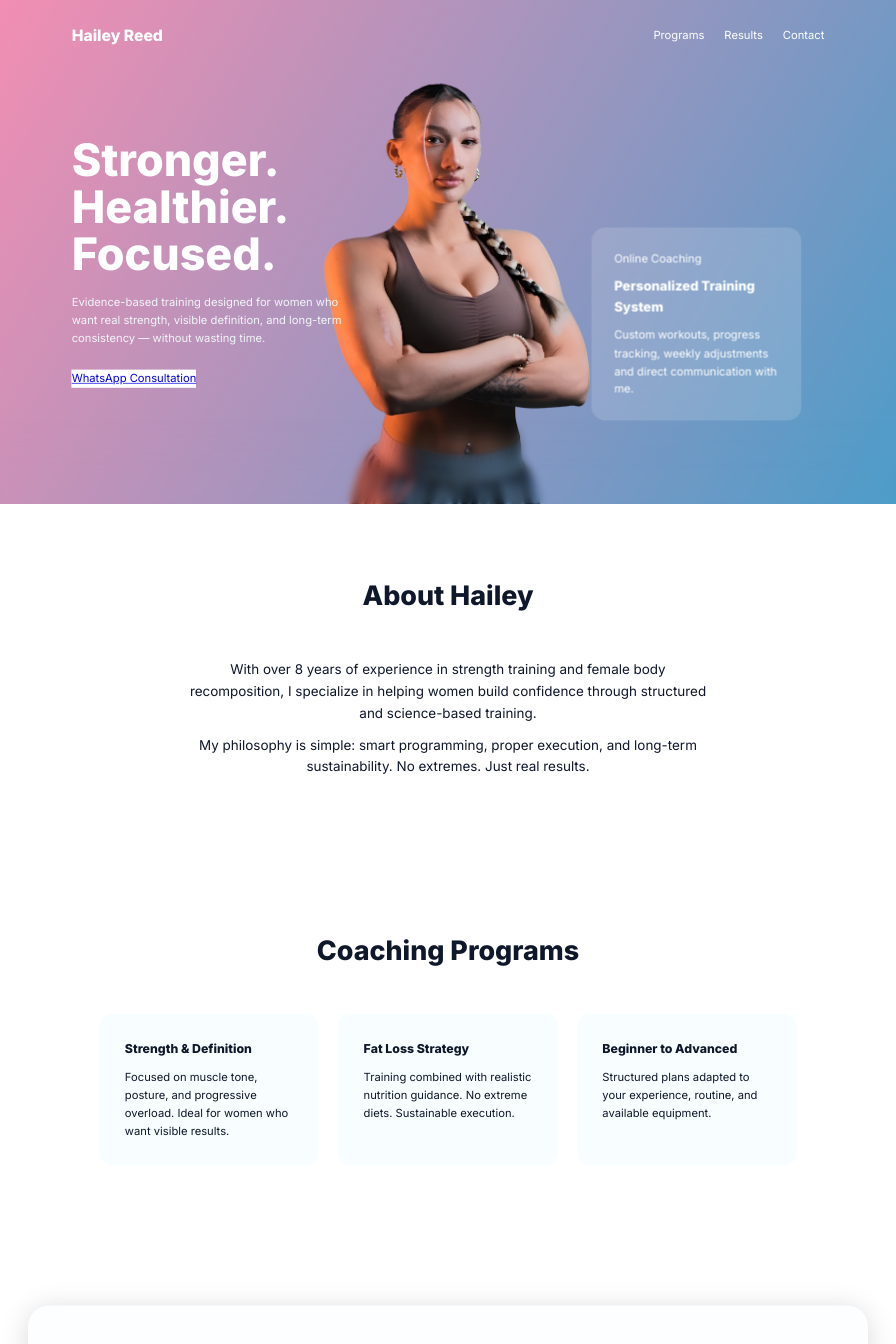
Repository: davidfsillva/Hailey-Reed-Coaching
Page: index.html
These files come from the project's save history. The page is drawn as it stood at one moment and after the next save; the edit follows.
The browser window is 1280 px wide. The pictures show the part of the page from y = 0 to 1920 px (the page is 5221 px tall), at 70% of full size.

Above is the page before, as saved 2026-02-12 09:37:15.

### index.html
<!DOCTYPE html>
<html lang="en">
<head>
  <meta charset="UTF-8" />
  <meta name="viewport" content="width=device-width, initial-scale=1.0" />
  <title>Personal Trainer | Online Coaching</title>
  <link rel="stylesheet" href="style.css" />
  <link rel="preconnect" href="https://fonts.googleapis.com">
  <link rel="preconnect" href="https://fonts.gstatic.com" crossorigin>
  <link href="https://fonts.googleapis.com/css2?family=Inter:wght@400;600;800&display=swap" rel="stylesheet">
</head>
<body>

<header class="hero">
  <nav class="nav">
    <h1 class="logo">Hailey Reed</h1>
    <div class="nav-links">
      <a href="#programs">Programs</a>
      <a href="#results">Results</a>
      <a href="#contact">Contact</a>
    </div>
  </nav>

  <img class="hero-img" src="img/Photoroom_20260211_45117 PM.png" alt="Trainer" />

  <div class="hero-gradient"></div>

  <div class="hero-content">
    <div class="hero-text">
<h2 class="hero-title">
  Stronger. Healthier. Focused.
</h2>

      <p>
        Evidence-based training designed for women who <br>
        want real strength, visible definition, and long-term <br>
        consistency — without wasting time.
      </p>
      <div class="cta-group">
        <a href="https://wa.me/5599999999999" target="_blank" class="whatsapp-btn">
          WhatsApp Consultation
        </a>
      </div>
    </div>

    <div class="hero-card">
      <span class="tag">Online Coaching</span>
      <h3>Personalized Training System</h3>
      <p>
        Custom workouts, progress tracking, weekly adjustments
        and direct communication with me.
      </p>
    </div>
  </div>
</header>

<!-- ABOUT SECTION -->
<section class="section">
  <h3>About Hailey</h3>
  <div class="testimonial">
    <p>
      With over 8 years of experience in strength training and female body
      recomposition, I specialize in helping women build confidence through
      structured and science-based training.
    </p>
    <p>
      My philosophy is simple: smart programming, proper execution,
      and long-term sustainability. No extremes. Just real results.
    </p>
  </div>
</section>

<section id="programs" class="section">
  <h3>Coaching Programs</h3>

  <div class="cards">
    <div class="card">
      <h4>Strength & Definition</h4>
      <p>
        Focused on muscle tone, posture, and progressive overload.
        Ideal for women who want visible results.
      </p>
    </div>

    <div class="card">
      <h4>Fat Loss Strategy</h4>
      <p>
        Training combined with realistic nutrition guidance.
        No extreme diets. Sustainable execution.
      </p>
    </div>

    <div class="card">
      <h4>Beginner to Advanced</h4>
      <p>
        Structured plans adapted to your experience, routine,
        and available equipment.
      </p>
    </div>
  </div>
</section>

<!-- HOW IT WORKS -->
<section class="section dark">
  <h3>How It Works</h3>

  <div class="cards">
    <div class="card">
      <h4>1. Initial Consultation</h4>
      <p>
        We discuss your goals, routine, training history,
        and current physical condition.
      </p>
    </div>

    <div class="card">
      <h4>2. Custom Plan Creation</h4>
      <p>
        A personalized workout structure is designed
        specifically for your body and objectives.
      </p>
    </div>

    <div class="card">
      <h4>3. Weekly Adjustments</h4>
      <p>
        Progress tracking and adjustments ensure continuous
        improvement and optimal results.
      </p>
    </div>
  </div>
</section>

<section id="results" class="section dark">
  <h3>Client Feedback</h3>

  <div class="testimonial">
    <p>
      “This coaching completely changed how I train.
      Every session has a clear purpose and I finally feel strong.”
    </p>
    <span>— Samantha M.</span>
  </div>
</section>

<!-- TRANSFORMATION PROCESS -->
<section class="section">
  <h3>The Transformation Process</h3>

  <div class="testimonial">
    <p>
      Sustainable transformation is not about intensity —
      it's about consistency.
    </p>
    <p>
      Through progressive overload, intelligent recovery,
      and realistic nutrition, we create measurable and lasting results.
    </p>
  </div>
</section>

<!-- FAQ -->
<section class="section">
  <h3>Frequently Asked Questions</h3>

  <div class="cards">
    <div class="card">
      <h4>Do I need gym access?</h4>
      <p>
        Not necessarily. Programs can be adapted for home training
        with minimal equipment.
      </p>
    </div>

    <div class="card">
      <h4>Is nutrition included?</h4>
      <p>
        Yes. You receive structured guidance focused on sustainable habits,
        not restrictive diets.
      </p>
    </div>

    <div class="card">
      <h4>How long until I see results?</h4>
      <p>
        Most clients notice strength improvements within weeks
        and visible body changes within 8–12 weeks.
      </p>
    </div>
  </div>
</section>

<section id="contact" class="section">
  <h3>Start Your Training</h3>
  <p class="contact-text">
    If you’re serious about improving your body composition
    and performance, let’s talk.
  </p>

  <div class="cta-group center">
    <a href="https://wa.me/5599999999999" target="_blank" class="btn primary">
      Message on WhatsApp
    </a>
    <a href="https://instagram.com/seuinstagram" target="_blank" class="btn secondary">
      Visit Instagram
    </a>
  </div>
</section>

<!-- FINAL CTA SECTION -->
<section class="section dark">
  <div class="testimonial">
    <h3>Ready to Transform?</h3>
    <p>
      Your strongest, healthiest version starts with a decision.
      Let’s build it together.
    </p>
    <div class="cta-group center">
      <a href="https://wa.me/5599999999999" target="_blank" class="btn primary">
        Apply for Coaching
      </a>
    </div>
  </div>
</section>

<footer class="footer">
  <p>© 2026 Hailey Reed Coaching. All rights reserved.</p>
</footer>

<script src="script.js"></script>
</body>
</html>

### style.css
:root {
  --pink: #f07aa5;
  --blue: #2e8bc0;
  --dark: #0f172a;
  --light: #ffffff;
  --muted: #cbd5e1;
}

/* ================= RESET ================= */
* {
  margin: 0;
  padding: 0;
  box-sizing: border-box;
  font-family: 'Inter', sans-serif;
}

body {
  background: var(--light);
  color: var(--dark);
  line-height: 1.6;
}

/* ================= HERO ================= */
.hero {
  position: relative;
  min-height: 100vh;
  padding: 32px 8%;
  color: white;
  overflow: hidden;
}

/* IMAGEM */
.hero-img {
  position: absolute;
  top: 50%;
  left: 50%;
  transform: translate(-50%, -50%);
  width: 60%;
  max-width: 500px;
  height: auto;
  z-index: 2;
}

/* GRADIENTE */
.hero-gradient {
  position: absolute;
  inset: 0;
  background: linear-gradient(
    120deg,
    rgba(240,122,165,0.85),
    rgba(46,139,192,0.85)
  );
  z-index: 1;
}

/* CONTEÚDO */
.hero-content {
  position: relative;
  z-index: 5;
}

/* TEXTO */
.hero-text {
  display: flex;
  flex-direction: column;
  justify-content: center;
  height: 85vh;
  max-width: 550px;
}

.hero-title {
  font-size: clamp(2.8rem, 5vw, 4.5rem);
  line-height: 1.05;
  margin-bottom: 24px;
}

.hero-text p {
  max-width: 480px;
  font-size: 1rem;
  color: #f1f5f9;
}

/* BLUR INFERIOR */
.hero::after {
  content: "";
  position: absolute;
  bottom: 0;
  left: 0;
  width: 100%;
  height: 120px;
  backdrop-filter: blur(6px);
  -webkit-backdrop-filter: blur(6px);
  mask-image: linear-gradient(to top, black 40%, transparent 100%);
  pointer-events: none;
  z-index: 3;
}

/* ================= BOTÕES ================= */
.cta-group {
  display: flex;
  gap: 16px;
  margin-top: 32px;
  flex-wrap: wrap;
}

.btn {
  padding: 14px 26px;
  border-radius: 999px;
  font-weight: 600;
  text-decoration: none;
  transition: 0.3s ease;
  display: inline-block;
}

.whatsapp-btn {
  background-color: #ffffff;

}

.btn.primary {
  background: linear-gradient(120deg, var(--pink), var(--blue));
  color: var(--light);
  background-size: 200% 200%;
  transition: all 0.4s ease;
}

.btn.primary:hover {
  background: linear-gradient(120deg, var(--pink), var(--blue));
  color: white;

  background-position: right center;
  transform: translateY(-4px);
  box-shadow: 0 10px 25px rgba(240,122,165,0.3);
  transition: all 0.4s ease;

}

.btn.secondary {
  background: linear-gradient(120deg, var(--pink), var(--blue));
  color: var(--light);
  transition: all 0.3s ease;
}

.btn.secondary:hover {
  background: linear-gradient(120deg, var(--pink), var(--blue));  color: white;
  transform: translateY(-3px);
  transition: all 0.4s ease;
  box-shadow: 0 10px 25px rgba(240,122,165,0.3);


}


/* ================= HERO CARD ================= */
.hero-card {
  position: absolute;
  top: 42%;
  right: 8%;
  width: 300px;
  background: rgba(255,255,255,0.15);
  backdrop-filter: blur(18px);
  padding: 32px;
  border-radius: 20px;
  z-index: 4;
}

.hero-card {
  position: absolute;
  top: 42%;
  right: 3%;
  width: 300px;
}



.hero-card h3 {
  margin: 12px 0;
}

/* ================= NAVBAR ================= */
.nav {
  position: relative;
  z-index: 10;
  display: flex;
  justify-content: space-between;
  align-items: center;
}

.logo {
  font-weight: 800;
  font-size: 1.4rem;
}

.nav-links a {
  position: relative;
  color: white;
  margin-left: 24px;
  text-decoration: none;
  font-weight: 500;
  padding-bottom: 4px;
}

.nav-links a::after {
  content: "";
  position: absolute;
  left: 0;
  bottom: 0;
  width: 0%;
  height: 2px;
  background: white;
  transition: width 0.3s ease;
}

.nav-links a:hover::after {
  width: 100%;
}

/* ================= SECTIONS ================= */
.section {
  padding: 100px 8%;
  max-width: 1200px;
  margin: auto;
}

.section h3 {
  font-size: 2.4rem;
  margin-bottom: 60px;
  text-align: center;
}

.cards {
  display: grid;
  grid-template-columns: repeat(auto-fit, minmax(260px, 1fr));
  gap: 28px;
}

.card {
  background: rgb(248, 253, 255);
  padding: 36px;
  border-radius: 18px;
  transition: 0.3s ease;
}

.card:hover {
  transform: translateY(-6px);
}

.card h4 {
  margin-bottom: 14px;
  font-size: 1.1rem;
}

/* ================= DARK SECTIONS ================= */
.dark {
  background: rgb(252, 254, 255);
  border-radius: 30px;
  color: var(--dark);
  margin: 100px auto;
  padding: 100px 8%;
  box-shadow: 0 5px 40px rgba(0,0,0,0.15);
}


.dark .card {
  background: rgba(255,255,255,0.06);
  color: var(--dark);
  box-shadow: 0 20px 60px rgba(0,0,0,0.15);
}

.dark .card:hover {
  background: rgba(255,255,255,0.1);
}

/* ================= TESTIMONIAL ================= */
.testimonial {
  max-width: 750px;
  margin: auto;
  text-align: center;
}

.testimonial p {
  font-size: 1.2rem;
  margin-bottom: 16px;
}

.contact-text {
  text-align: center;
  max-width: 520px;
  margin: 0 auto 32px;
}

.center {
  justify-content: center;
}

/* ================= FOOTER ================= */
.footer {
  padding: 32px;
  text-align: center;
  background: linear-gradient(120deg, var(--pink), var(--blue));
  color: var(--muted);
  font-size: 0.85rem;
}

/* ================= RESPONSIVE ================= */
@media (max-width: 1024px) {

  .hero-card {
    position: relative;
    top: unset;
    right: unset;
    margin-top: 40px;
    width: 100%;
    max-width: 400px;
  }

  .hero-text {
    height: auto;
    text-align: center;
    margin-top: 80px;
  }

  .hero-text p {
    margin: auto;
  }

  .hero-img {
    width: 75%;
  }
}

@media (max-width: 768px) {

  .nav {
    flex-direction: column;
    align-items: center;
  }

  .nav-links {
    display: flex;
    gap: 30px;          /* controla o espaçamento */
    margin-top: 10px;   /* afasta do logo */
  }

  .nav-links a {
    margin-left: 0;     /* remove espaçamento antigo */
  }

    .hero-card {
    width: 95%;          /* ocupa menos largura fixa */
    max-width: 660px;    /* limita tamanho */
    margin: 375px auto 0; /* mais baixo */

    padding: 15px;       /* reduz espaço interno */
    border-radius: 16px;
  }

  .hero-card h3 {
    font-size: 1rem;
  }

  .hero-card p {
    font-size: 0.85rem;
    line-height: 1.4;
  }

  .hero-img {
    width: 90%;
    top: 60%;              /* desce um pouco a imagem */
  }

  .hero-title {
    font-size: 1.9rem;
    margin-bottom: 20px;
  }

  .hero-text {
    height: auto;          /* remove os 85vh */
    justify-content: flex-start;
    margin-top: 40px;      /* controla distância do nav */
    text-align: center;
  }

  .hero-text p {
    display: none;
  }

  .section {
    padding: 80px 6%;
  }

  .cta-group {
  position: relative;
  transform: translateY(350px);
  z-index: 6;
  display: flex;
  justify-content: center;
  }

  .btn.primary {
    transform: translateY(120px);
  }

}



@media (max-width: 480px) {

  .hero {
    padding: 24px 6%;
  }

  .btn {
    width: 100%;
    text-align: center;
  }

  .cta-group {
    flex-direction: column;
  }
}

### script.js
// ===============================
// SMOOTH SCROLL
// ===============================
document.querySelectorAll('a[href^="#"]').forEach(anchor => {
  anchor.addEventListener('click', function (e) {
    const target = document.querySelector(this.getAttribute('href'));
    if (!target) return;

    e.preventDefault();
    target.scrollIntoView({ behavior: 'smooth' });
  });
});


// ===============================
// NAVBAR SCROLL EFFECT
// ===============================
const nav = document.querySelector(".nav");

window.addEventListener("scroll", () => {
  if (!nav) return;

  if (window.scrollY > 50) {
    nav.style.background = "rgba(15, 23, 42, 0.85)";
    nav.style.backdropFilter = "blur(10px)";
    nav.style.padding = "16px 8%";
    nav.style.transition = "all 0.3s ease";
  } else {
    nav.style.background = "transparent";
    nav.style.backdropFilter = "none";
    nav.style.padding = "";
  }
});


// ===============================
// SCROLL REVEAL (melhor performance)
// ===============================
const revealElements = document.querySelectorAll(".section, .card, .testimonial");

const revealOnScroll = () => {
  const triggerBottom = window.innerHeight * 0.85;

  revealElements.forEach(el => {
    const elementTop = el.getBoundingClientRect().top;

    if (elementTop < triggerBottom) {
      el.style.opacity = "1";
      el.style.transform = "translateY(0)";
    }
  });
};

// Estado inicial
revealElements.forEach(el => {
  el.style.opacity = "0";
  el.style.transform = "translateY(40px)";
  el.style.transition = "opacity 0.8s ease, transform 0.8s ease";
});

window.addEventListener("scroll", revealOnScroll);
window.addEventListener("load", revealOnScroll);



// ===============================
// HERO IMAGE PARALLAX (DESKTOP ONLY)
// ===============================
const heroImg = document.querySelector(".hero-img");

if (heroImg && window.innerWidth > 768) {
  window.addEventListener("scroll", () => {
    const scrollPosition = window.scrollY;
    heroImg.style.transform =
      `translate(-50%, calc(-50% + ${scrollPosition * 0.12}px))`;
  });
}



// ===============================
// BUTTON FADE-IN ON LOAD
// ===============================
window.addEventListener("load", () => {
  const buttons = document.querySelectorAll(".btn");

  buttons.forEach((btn, index) => {
    btn.style.opacity = "0";
    btn.style.transform = "translateY(20px)";
    btn.style.transition = "opacity 0.6s ease, transform 0.6s ease";

    setTimeout(() => {
      btn.style.opacity = "1";
      btn.style.transform = "translateY(0)";
    }, 300 + index * 150);
  });
});



// ===============================
// CARD HOVER GLOW EFFECT (desktop only)
// ===============================
if (window.innerWidth > 768) {

  const cards = document.querySelectorAll(".card");

  cards.forEach(card => {

    card.addEventListener("mousemove", (e) => {
      const rect = card.getBoundingClientRect();
      const x = e.clientX - rect.left;
      const y = e.clientY - rect.top;

      card.style.background = `
        radial-gradient(circle at ${x}px ${y}px,
        rgba(240,122,165,0.18),
        rgba(255,255,255,0.03))
      `;
    });

    card.addEventListener("mouseleave", () => {
      card.style.background = "";
    });

  });

}

After the next save:
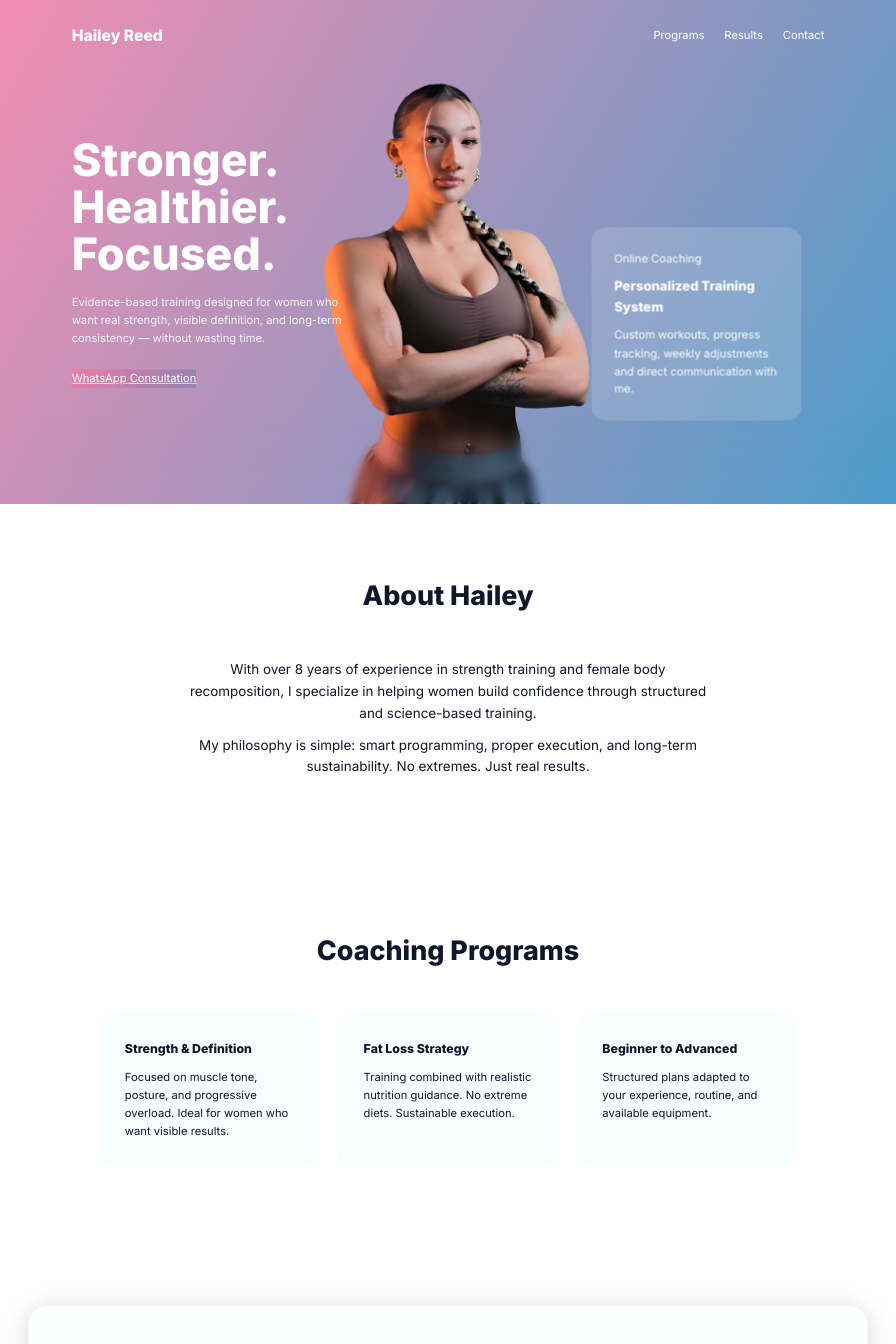
Saved 19 s later.
--- a/style.css
+++ b/style.css
@@ -113,8 +113,10 @@ body {
 }
 
 .whatsapp-btn {
-  background-color: #ffffff;
-
+  background: linear-gradient(120deg, var(--pink), var(--blue));
+  color: var(--light);
+  background-size: 200% 200%;
+  transition: all 0.4s ease;
 }
 
 .btn.primary {
